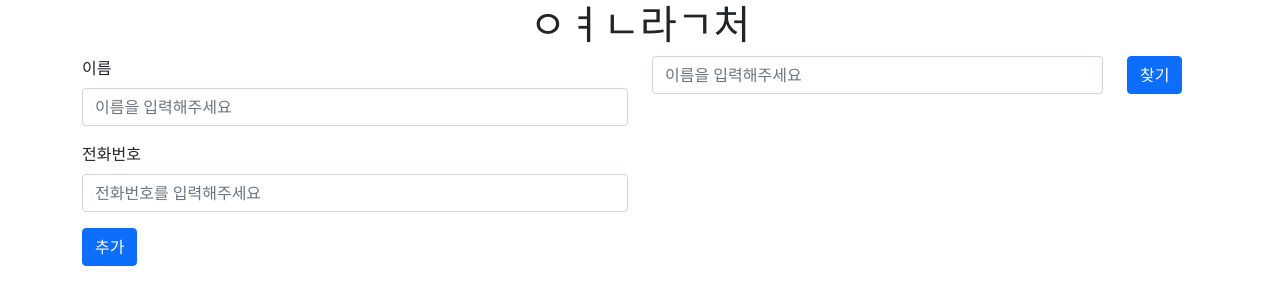
Repository: woojinShim/Noona
Page: / (app in noona-phonebook/)
These files come from the project's save history. The page is drawn as it stood at one moment and after the next save; the edit follows.
The browser window is 1280 px wide. The pictures show the whole page.
The project was rebuilt for these pictures with package versions that can differ from the ones it lists, and the page was loaded fresh each time. Also part of the build but not shown: noona-phonebook/src/components/ContactItem.js.

Above is the page before, as saved 2022-06-26 00:19:52.

After the next save:
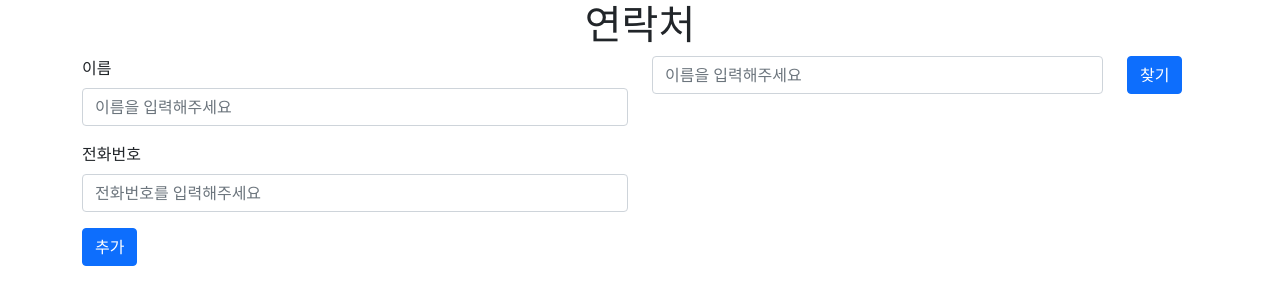
Saved 105 s later.
--- a/noona-phonebook/src/App.js
+++ b/noona-phonebook/src/App.js
@@ -7,7 +7,7 @@ import { ContactList } from "./components/ContactList";
 function App() {
   return (
     <div className="App">
-      <h1 className="title">ㅇㅕㄴ라ㄱ처</h1>
+      <h1 className="title">연락처</h1>
       <Container>
         <Row>
           <Col>
